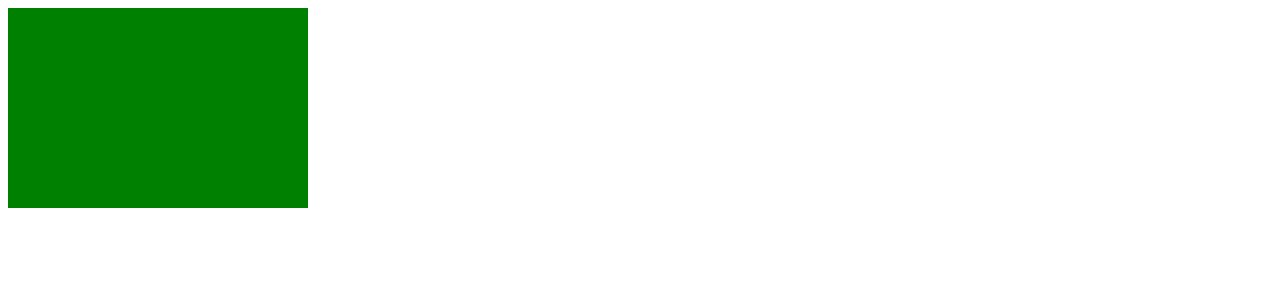
Repository: Valhally/web-projects
Page: sample-site/index.html
These files come from the project's save history. The page is drawn as it stood at one moment and after the next save; the edit follows.
The browser window is 1280 px wide. The pictures show the whole page.

Above is the page before, as saved 2021-08-09 08:55:43.

### sample-site/index.html
<!DOCTYPE html>
<html lang = "zh-CN">
    <head>
        <meta charset = "utf-8">
        <title>Sample</title>
    </head>

    <body>
        <svg width = 300 height = 200>
            <rect width = "100%" height = "100%" fill = "green" />
        </svg>
    </body>
</html>

After the next save:
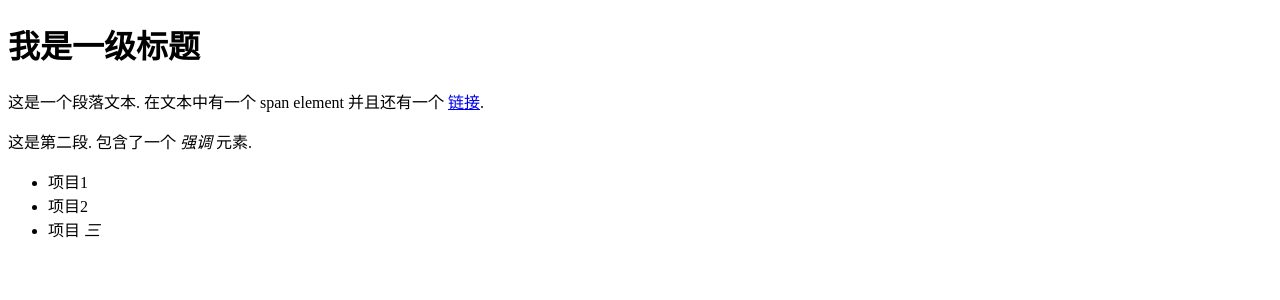
Saved 13 h 12 min later.
--- a/sample-site/index.html
+++ b/sample-site/index.html
@@ -1,13 +1,25 @@
-<!DOCTYPE html>
-<html lang = "zh-CN">
-    <head>
-        <meta charset = "utf-8">
-        <title>Sample</title>
-    </head>
+<!doctype html>
+<html lang="en">
+<head>
+    <meta charset="utf-8">
+    <title>开始学习CSS</title>
+</head>
 
-    <body>
-        <svg width = 300 height = 200>
-            <rect width = "100%" height = "100%" fill = "green" />
-        </svg>
-    </body>
+<body>
+
+    <h1>我是一级标题</h1>
+
+    <p>这是一个段落文本. 在文本中有一个 <span>span element</span>
+并且还有一个 <a href="http://example.com">链接</a>.</p>
+
+    <p>这是第二段. 包含了一个 <em>强调</em> 元素.</p>
+
+    <ul>
+        <li>项目1</li>
+        <li>项目2</li>
+        <li>项目 <em>三</em></li>
+    </ul>
+
+</body>
+
 </html>
